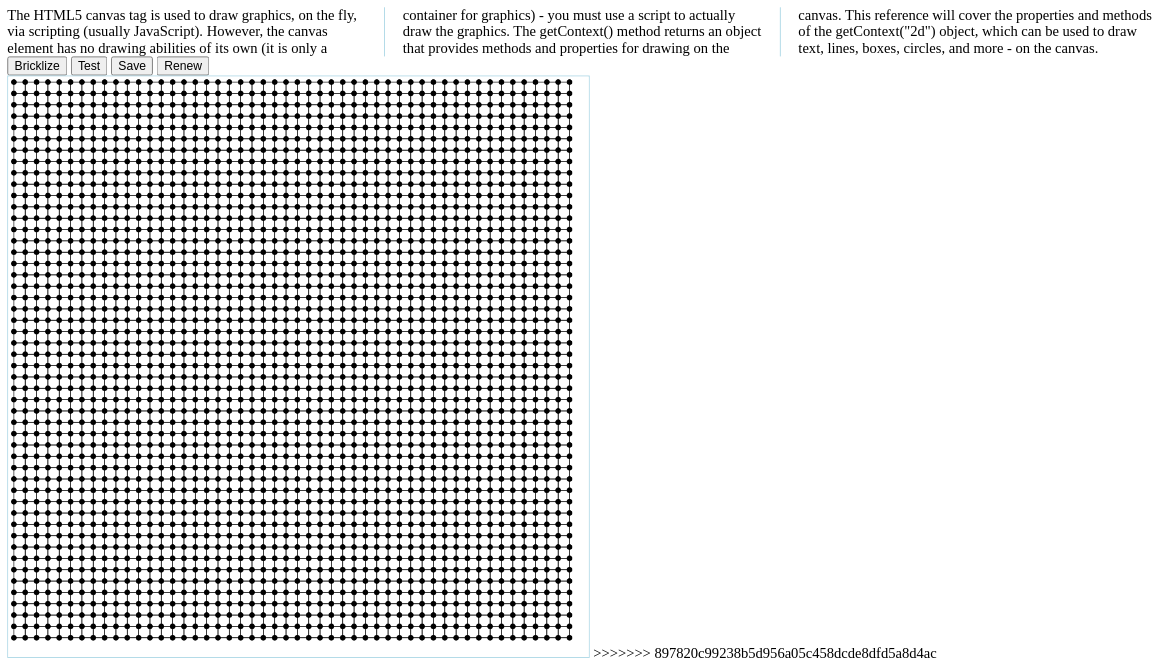
Repository: yystju/tdcc_demo
Page: public/canvas/index.html
The author's editor kept a record of every edit. The page is drawn from the files as they stood at one moment, then again after the next edit.
The browser window is 1280 px wide. The pictures show the whole page, at 91% of full size.
The pointer rests on the first visible `#c1`.
Some web libraries are served in a nearby version.

Above is the page before.

After the next edit:
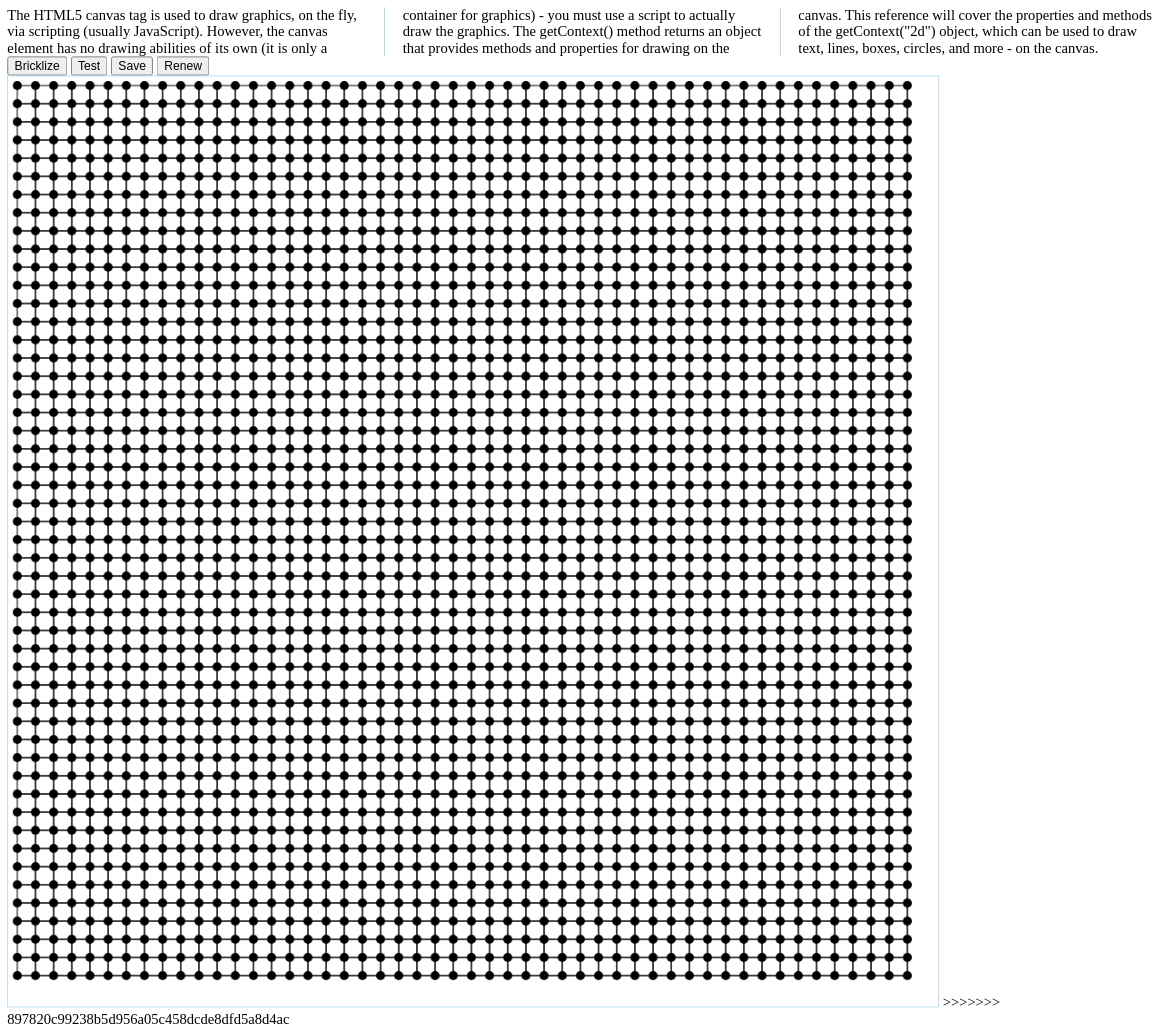
The edit:
--- a/public/canvas/css/index.css
+++ b/public/canvas/css/index.css
@@ -42,8 +42,8 @@
 }
 
 #c1:hover {
-    width: 640px;
-    height: 640px;
+    width: 1024px;
+    height: 1024px;
     border: 1px solid lightblue;
 
     -webkit-animation-name: example;
